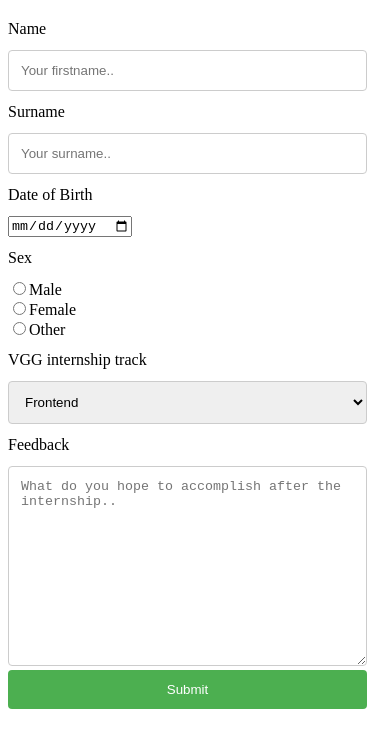
Repository: iphyokafor/VGG-Feedback-form
Page: index2.html
An editor plug-in stored every save of this project. The page is shown before and after the next save, followed by the edit.
The browser window is 375 px wide. The pictures show the whole page.

Above is the page before, as saved 2020-01-13 00:16:13.

After the next save:
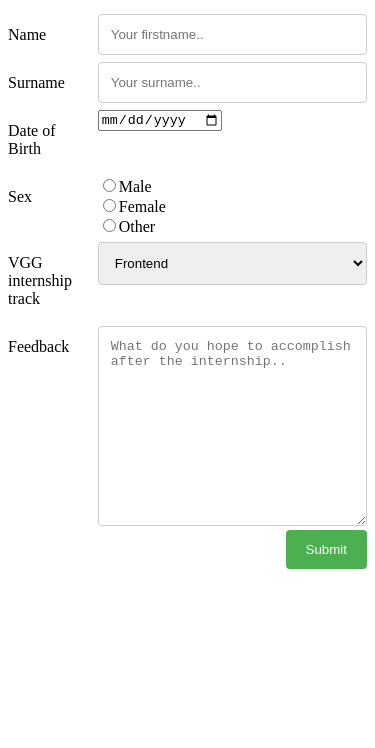
Saved 54 s later.
--- a/main.css
+++ b/main.css
@@ -82,11 +82,12 @@ label {
 
 /* Responsive layout - when the screen is less than 600px wide, make the two columns stack on top of each other instead of next to each other */
 
-@media screen and (max-width: 600px) {
+
+/* @media screen and (max-width: 600px) {
     .col-25,
     .col-75,
     input[type=submit] {
         width: 100%;
         margin-top: 0;
     }
-}
+} */
